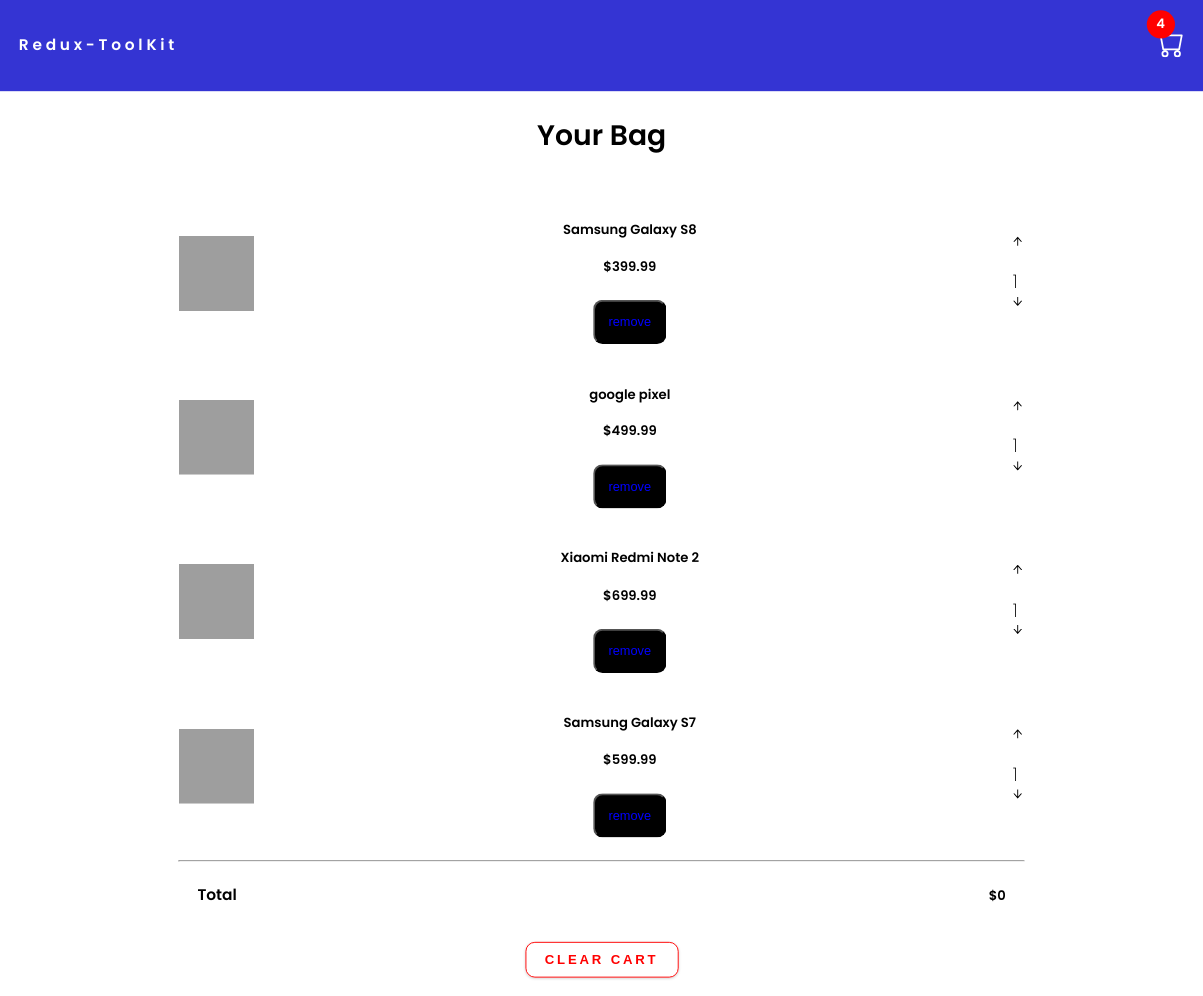
Repository: OmniaRafat232111121/shoppingCart
Page: /
These files come from the project's save history. The page is drawn as it stood at one moment and after a run of saves; the edit follows.
The browser window is 1280 px wide. The pictures show the whole page, at 94% of full size.
Pictures or frames that could not be fetched are drawn as grey boxes. The project was rebuilt for these pictures with package versions that can differ from the ones it lists, and the page was loaded fresh each time.

Above is the page before, as saved 2023-02-07 18:02:02.

After the next 2 saves:
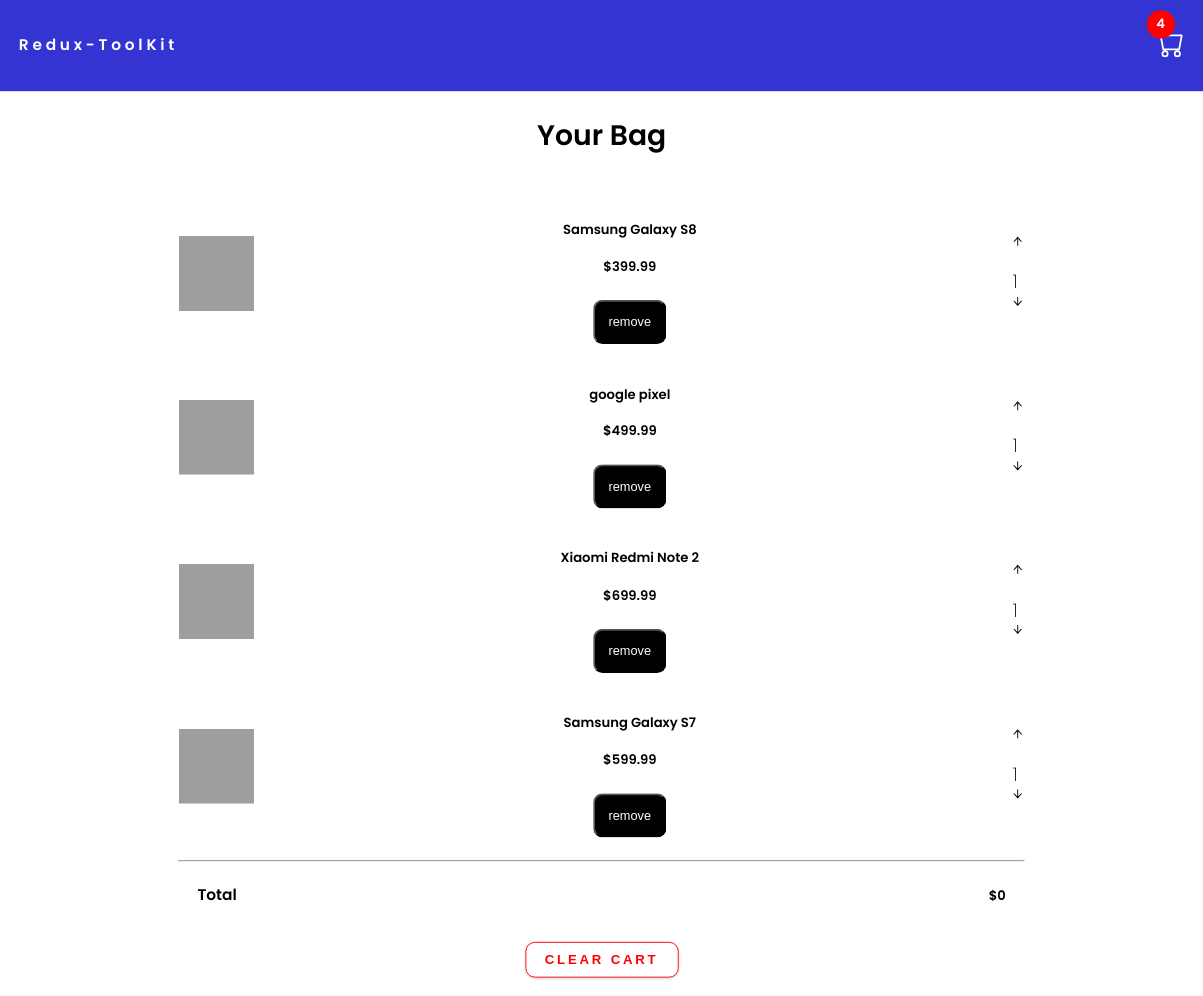
The 2 saves are shown as one change because they came seconds apart.
The last was saved 39 s later.
--- a/src/index.css
+++ b/src/index.css
@@ -114,7 +114,7 @@
 }
 
 .remove-btn {
-  color:blue;
+  color:#fff;
   background-color: #000;
   border-radius: 10px;
   padding: 14px ;
